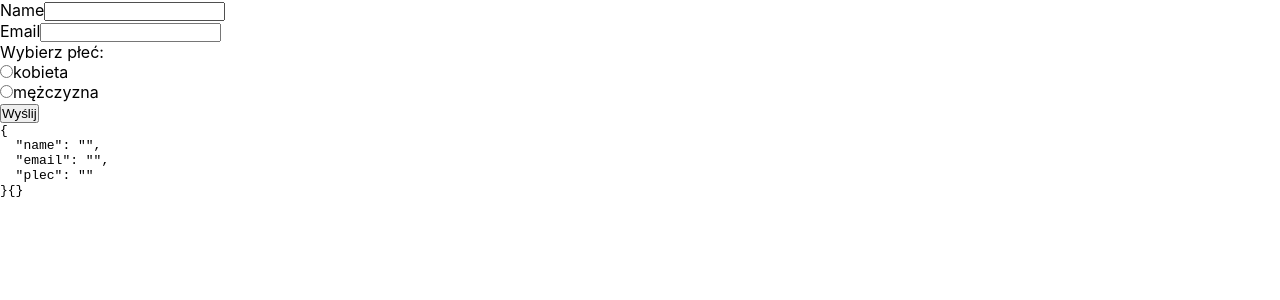
Repository: KrzysKolo/sr_tydzien4_zad3
Page: /
These files come from the project's save history. The page is drawn as it stood at one moment and after the next save; the edit follows.
The browser window is 1280 px wide. The pictures show the whole page.
The project was rebuilt for these pictures with package versions that can differ from the ones it lists, and the page was loaded fresh each time. Also part of the build but not shown: src/components/FormComponents/TextError.js, src/components/FormComponents/TextArea.js.

Above is the page before, as saved 2020-11-19 13:19:30.

After the next save:
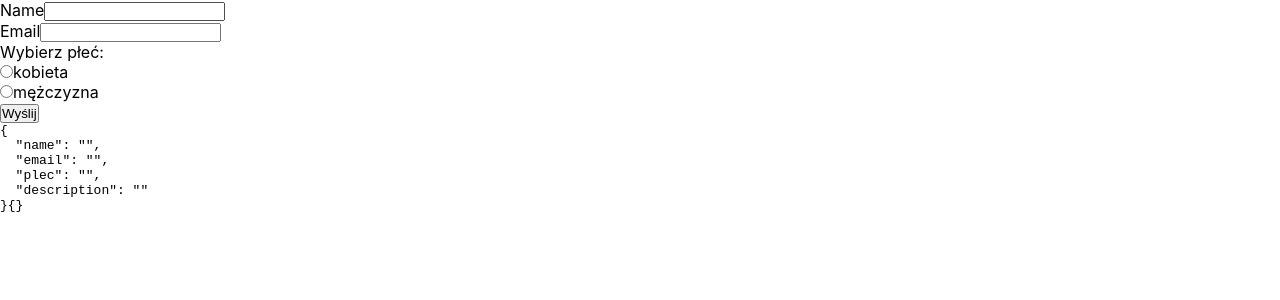
Saved 101 s later.
--- a/src/components/Formik/FormikContainer.js
+++ b/src/components/Formik/FormikContainer.js
@@ -9,12 +9,14 @@ const FormikContainer = () => {
         name: '',
         email: '',
         plec: '',
+        description: '',
     }
 
     const validationSchema = yup.object({
         name: yup.string().required("Imię jest obowiązkowe!").min(2,"Twóje imię musi mieć więcej niż 2 znaki!").max(30,'Twoje imię może mieć maxymalnie 30 znaków!'),
         email: yup.string().required("Email jest wymagany").email("Adres zawiera błędy"),
         plec: yup.string().required('Zaznacz jedną wartość'),
+        description: yup.string().required('Wpisz kilka słów'),
     });
 
     const onSubmit = values => console.log('Form data: ', values);
